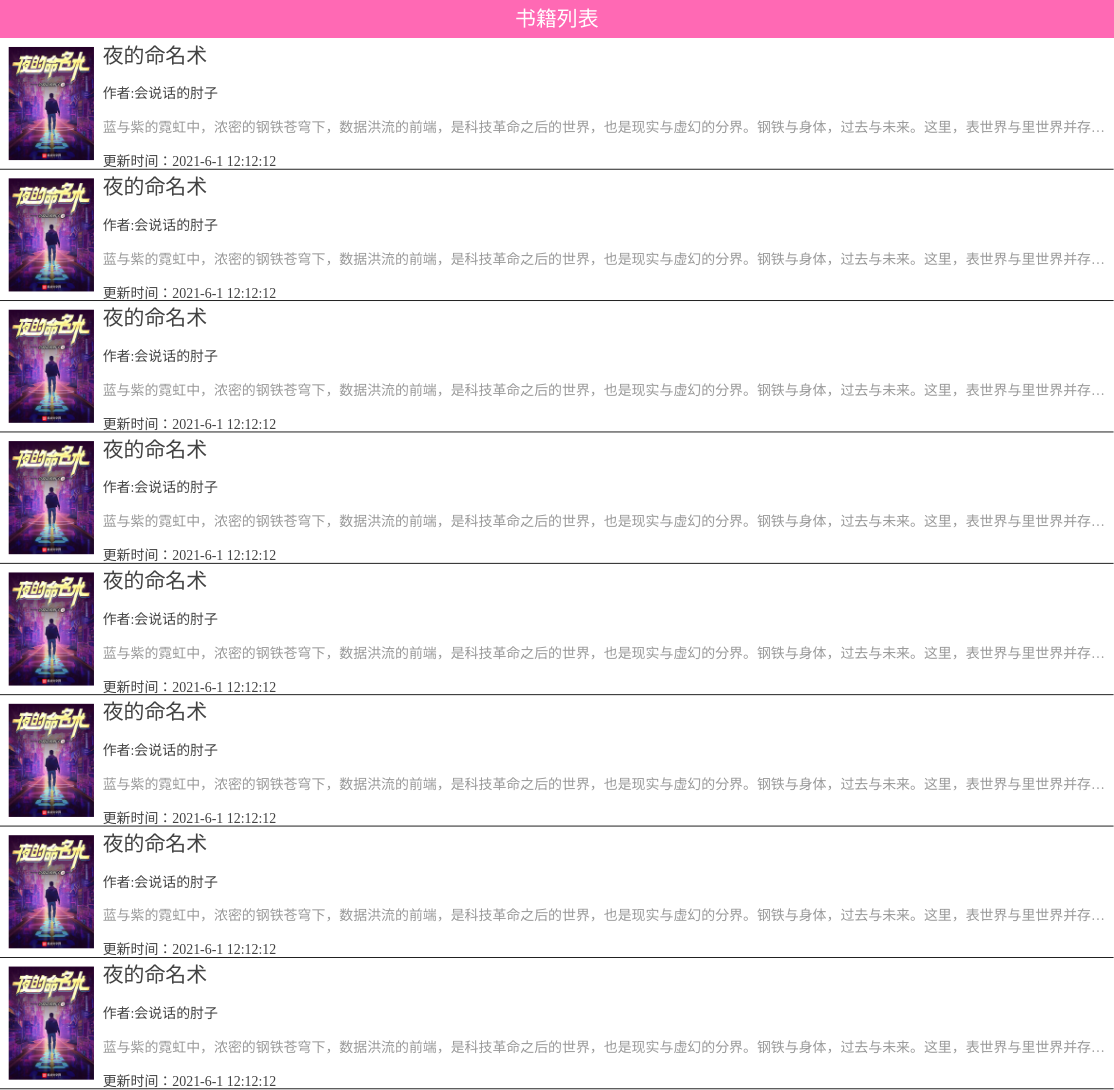
Repository: razzh7/javascript-demo
Page: 自动阅读插件/index.html
An editor plug-in stored every save of this project. The page is shown before and after the next save, followed by the edit.
The browser window is 1280 px wide. The pictures show the whole page, at 87% of full size.
Pictures or frames that could not be fetched are drawn as grey boxes.

Above is the page before, as saved 2021-06-29 15:07:07.

### 自动阅读插件/index.html
<!DOCTYPE html>
<html lang="cn">
<head>
  <meta charset="UTF-8">
  <meta http-equiv="X-UA-Compatible" content="IE=edge">
  <meta name="viewport" content="width=device-width, initial-scale=1.0">
  <title>Document</title>
  <link rel="stylesheet" href="./css/common.css" />
  <link rel="stylesheet" href="./css/index.css" />
</head>
<body>
  <div class="list-hd">
    <h2>书籍列表</h2>
  </div>
  <div class="container">
    <ul class="bk-list">
      <li class="list-item">
        <a href="detail.html" class="item-lk">
          <div class="bk-pic">
            <img src="./img/180.jpg" alt="">
          </div>
          <div class="bk-info">
            <h2>夜的命名术</h2>
            <p>作者:会说话的肘子</p>
            <p class="intro">蓝与紫的霓虹中，浓密的钢铁苍穹下，数据洪流的前端，是科技革命之后的世界，也是现实与虚幻的分界。钢铁与身体，过去与未来。这里，表世界与里世界并存，面前的一切，像是时间之墙近在眼前。黑暗逐渐笼罩。可你要明白啊我的朋友，我们不能用温柔去应对黑暗，要用火。</p>
            <p>更新时间：2021-6-1 12:12:12</p>
          </div>
        </a>
      </li>
      <li class="list-item">
        <a href="detail.html" class="item-lk">
          <div class="bk-pic">
            <img src="./img/180.jpg" alt="">
          </div>
          <div class="bk-info">
            <h2>夜的命名术</h2>
            <p>作者:会说话的肘子</p>
            <p class="intro">蓝与紫的霓虹中，浓密的钢铁苍穹下，数据洪流的前端，是科技革命之后的世界，也是现实与虚幻的分界。钢铁与身体，过去与未来。这里，表世界与里世界并存，面前的一切，像是时间之墙近在眼前。黑暗逐渐笼罩。可你要明白啊我的朋友，我们不能用温柔去应对黑暗，要用火。</p>
            <p>更新时间：2021-6-1 12:12:12</p>
          </div>
        </a>
      </li>
      <li class="list-item">
        <a href="detail.html" class="item-lk">
          <div class="bk-pic">
            <img src="./img/180.jpg" alt="">
          </div>
          <div class="bk-info">
            <h2>夜的命名术</h2>
            <p>作者:会说话的肘子</p>
            <p class="intro">蓝与紫的霓虹中，浓密的钢铁苍穹下，数据洪流的前端，是科技革命之后的世界，也是现实与虚幻的分界。钢铁与身体，过去与未来。这里，表世界与里世界并存，面前的一切，像是时间之墙近在眼前。黑暗逐渐笼罩。可你要明白啊我的朋友，我们不能用温柔去应对黑暗，要用火。</p>
            <p>更新时间：2021-6-1 12:12:12</p>
          </div>
        </a>
      </li>
      <li class="list-item">
        <a href="detail.html" class="item-lk">
          <div class="bk-pic">
            <img src="./img/180.jpg" alt="">
          </div>
          <div class="bk-info">
            <h2>夜的命名术</h2>
            <p>作者:会说话的肘子</p>
            <p class="intro">蓝与紫的霓虹中，浓密的钢铁苍穹下，数据洪流的前端，是科技革命之后的世界，也是现实与虚幻的分界。钢铁与身体，过去与未来。这里，表世界与里世界并存，面前的一切，像是时间之墙近在眼前。黑暗逐渐笼罩。可你要明白啊我的朋友，我们不能用温柔去应对黑暗，要用火。</p>
            <p>更新时间：2021-6-1 12:12:12</p>
          </div>
        </a>
      </li>
      <li class="list-item">
        <a href="detail.html" class="item-lk">
          <div class="bk-pic">
            <img src="./img/180.jpg" alt="">
          </div>
          <div class="bk-info">
            <h2>夜的命名术</h2>
            <p>作者:会说话的肘子</p>
            <p class="intro">蓝与紫的霓虹中，浓密的钢铁苍穹下，数据洪流的前端，是科技革命之后的世界，也是现实与虚幻的分界。钢铁与身体，过去与未来。这里，表世界与里世界并存，面前的一切，像是时间之墙近在眼前。黑暗逐渐笼罩。可你要明白啊我的朋友，我们不能用温柔去应对黑暗，要用火。</p>
            <p>更新时间：2021-6-1 12:12:12</p>
          </div>
        </a>
      </li>
      <li class="list-item">
        <a href="detail.html" class="item-lk">
          <div class="bk-pic">
            <img src="./img/180.jpg" alt="">
          </div>
          <div class="bk-info">
            <h2>夜的命名术</h2>
            <p>作者:会说话的肘子</p>
            <p class="intro">蓝与紫的霓虹中，浓密的钢铁苍穹下，数据洪流的前端，是科技革命之后的世界，也是现实与虚幻的分界。钢铁与身体，过去与未来。这里，表世界与里世界并存，面前的一切，像是时间之墙近在眼前。黑暗逐渐笼罩。可你要明白啊我的朋友，我们不能用温柔去应对黑暗，要用火。</p>
            <p>更新时间：2021-6-1 12:12:12</p>
          </div>
        </a>
      </li>
      <li class="list-item">
        <a href="detail.html" class="item-lk">
          <div class="bk-pic">
            <img src="./img/180.jpg" alt="">
          </div>
          <div class="bk-info">
            <h2>夜的命名术</h2>
            <p>作者:会说话的肘子</p>
            <p class="intro">蓝与紫的霓虹中，浓密的钢铁苍穹下，数据洪流的前端，是科技革命之后的世界，也是现实与虚幻的分界。钢铁与身体，过去与未来。这里，表世界与里世界并存，面前的一切，像是时间之墙近在眼前。黑暗逐渐笼罩。可你要明白啊我的朋友，我们不能用温柔去应对黑暗，要用火。</p>
            <p>更新时间：2021-6-1 12:12:12</p>
          </div>
        </a>
      </li>
      <li class="list-item">
        <a href="detail.html" class="item-lk">
          <div class="bk-pic">
            <img src="./img/180.jpg" alt="">
          </div>
          <div class="bk-info">
            <h2>夜的命名术</h2>
            <p>作者:会说话的肘子</p>
            <p class="intro">蓝与紫的霓虹中，浓密的钢铁苍穹下，数据洪流的前端，是科技革命之后的世界，也是现实与虚幻的分界。钢铁与身体，过去与未来。这里，表世界与里世界并存，面前的一切，像是时间之墙近在眼前。黑暗逐渐笼罩。可你要明白啊我的朋友，我们不能用温柔去应对黑暗，要用火。</p>
            <p>更新时间：2021-6-1 12:12:12</p>
          </div>
        </a>
      </li>
    </ul>
  </div>
  <a href="javascript:;" class="s-top-btn"></a>
  <script type="text/javascript" src="./js/utils.js"></script>
  <script type="text/javascript" src="./js/index.js"></script>
</body>
</html>

### 自动阅读插件/css/common.css
body {
  margin: 0;
}
div {
  box-sizing: border-box;
}
h1,
h2,
h3,
h4,
h5,
h6,p {
  margin: 0;
  font-weight: normal;
}
ul {
  margin: 0;
  padding: 0;
}
img {
  height: 100%;
}
a {
  text-decoration: none;
}

### 自动阅读插件/css/index.css
/* 外盒子height44px */
/* background-color为什么写在color上面 */
/* 内联元素最好不要嵌套块级元素 */
/* 公共样式写img height100% -> 给img的父盒子设置宽度就可以适应高度了 */
/* 两栏32' */
/* 38' common样式表 */
/* 标准黑： #424242 */
/* 文字省略3大件
overflow: hidden
text-overflow: ellipsis
white-space: nowrap */
.list-hd {
  position: fixed;
  top: 0;
  left: 0;
  width: 100%;
  height: 44px;
  line-height: 44px;
  text-align: center;
  background-color: hotpink;
  color: #fff;
  z-index: 1;
}
.container {
  margin-top: 44px;
}
.container .list-item {
  height: 150px;
  border-bottom: 1px solid #000;
}
.container .list-item .item-lk {
  position: relative;
  display: block;
  height: 100%;
}
.container .list-item .bk-pic {
  position: absolute;
  top: 0;
  left: 0;
  padding: 10px;
  height: 100%;
}
.container .list-item .bk-info {
  margin-left: 118px;
  height: 100%;
  color: #424242;
}
.container .list-item .bk-info .intro {
  overflow: hidden;
  text-overflow: ellipsis;
  white-space: nowrap;
  color: #999;
}
.container .list-item .bk-info p {
  margin-top: 15px;
}
.s-top-btn {
  display: none;
  position: fixed;
  bottom: 25px;
  right: 25px;
  width: 60px;
  height: 60px;
  border-radius: 50%;
  background: url(../img/rocket.jpg) no-repeat 0 0/100% 100%;
  opacity: .8;
}
.s-top-btn:hover {
  opacity: 1;
}

### 自动阅读插件/js/utils.js
function getScrollOffset(){
  if(window.pageXOffset){
    return {
      left: window.pageXOffset,
      top: window.pageYOffset
    }
  }else{
    return {
      left: document.body.scrollLeft + document.documentElement.scrollLeft,
      top: document.body.scrollTop + document.documentElement.scrollTop
    }
  }
}
function addEvent(elem, type, fn){
  if(elem.addEventListener){
    elem.addEventListener(type, fn, false);
  }else if(elem.attachEvent){
    elem.attachEvent('on' + type, function(){
      fn.call(elem);
    })
  }else{
    elem['on' + type] = fn;
  }
}

### 自动阅读插件/js/index.js
var sTopBtn = document.getElementsByClassName('s-top-btn')[0];
addEvent(window, 'scroll', function(){
  var scrollTop = getScrollOffset()
  if(scrollTop){
    // sTopBtn.style.display = 'block';
    console.log(sTopBtn);
  }
})

After the next save:
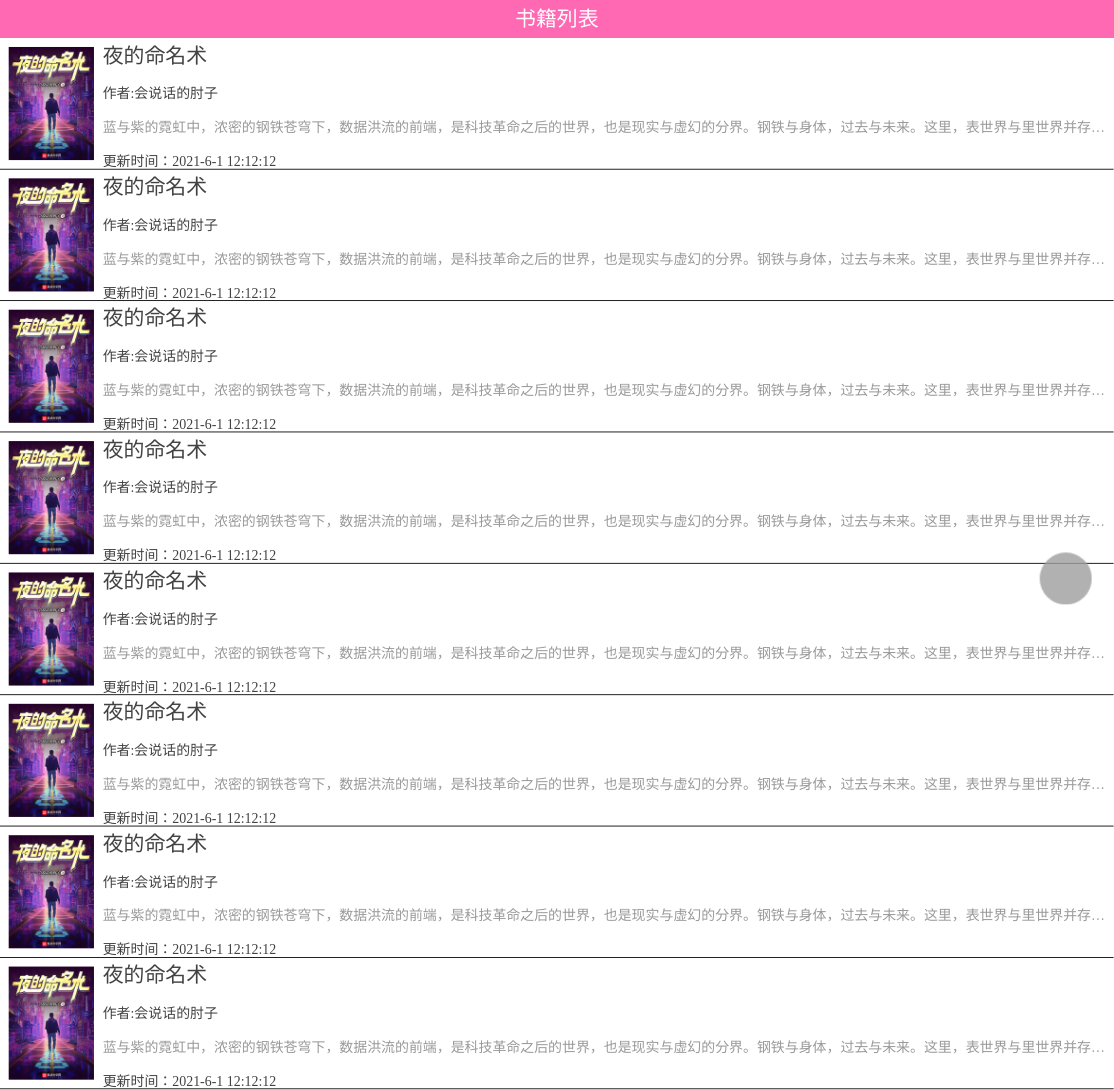
Saved 15 s later.
--- a/自动阅读插件/js/index.js
+++ b/自动阅读插件/js/index.js
@@ -2,7 +2,6 @@
 addEvent(window, 'scroll', function(){
   var scrollTop = getScrollOffset()
   if(scrollTop){
-    // sTopBtn.style.display = 'block';
-    console.log(sTopBtn);
+    sTopBtn.style.display = 'block';
   }
 })

After the save that followed:
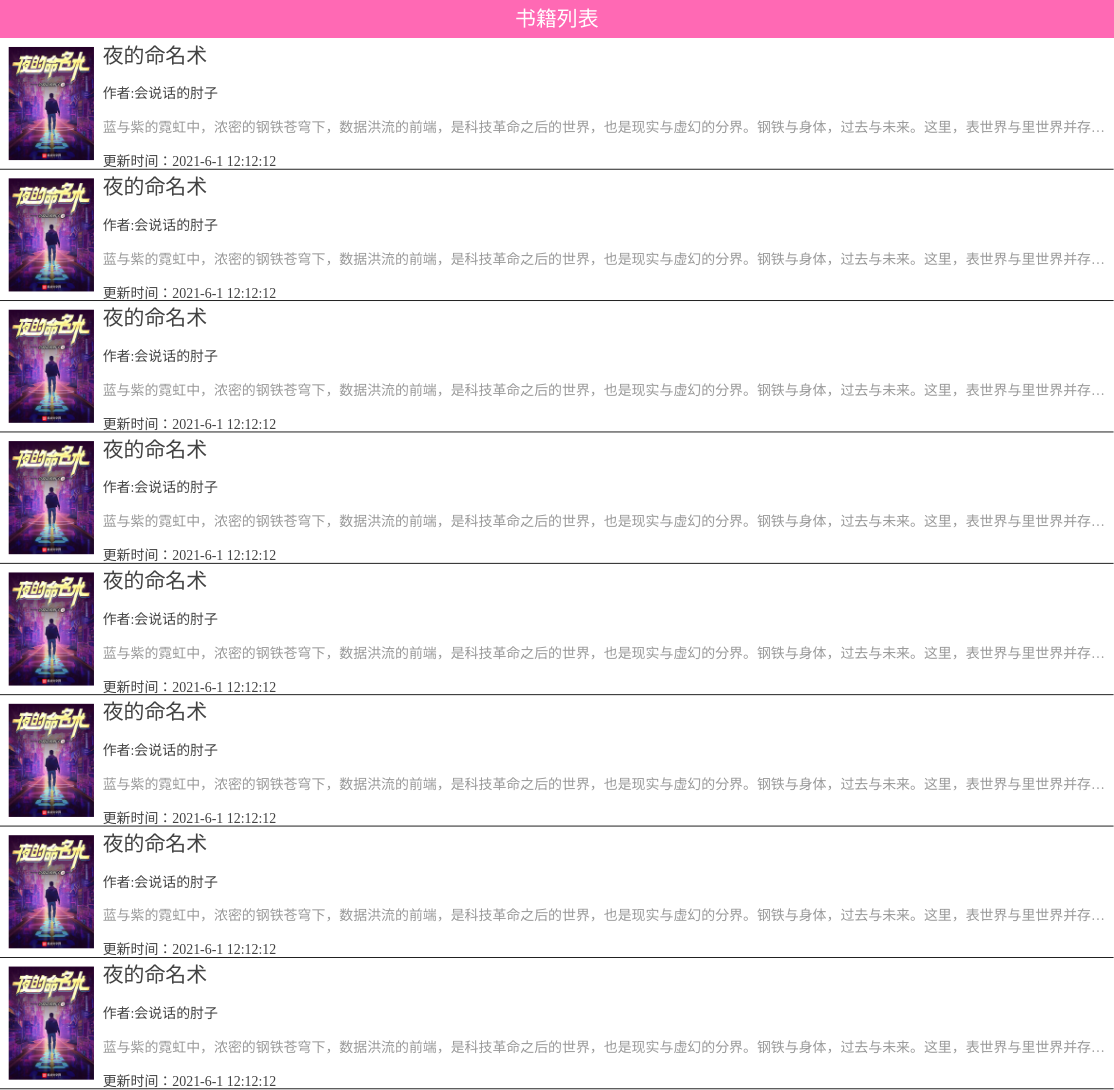
Saved 26 s later.
--- a/自动阅读插件/js/index.js
+++ b/自动阅读插件/js/index.js
@@ -1,7 +1,7 @@
 var sTopBtn = document.getElementsByClassName('s-top-btn')[0];
 addEvent(window, 'scroll', function(){
   var scrollTop = getScrollOffset()
-  if(scrollTop){
+  if(scrollTop >= 200){
     sTopBtn.style.display = 'block';
   }
 })
